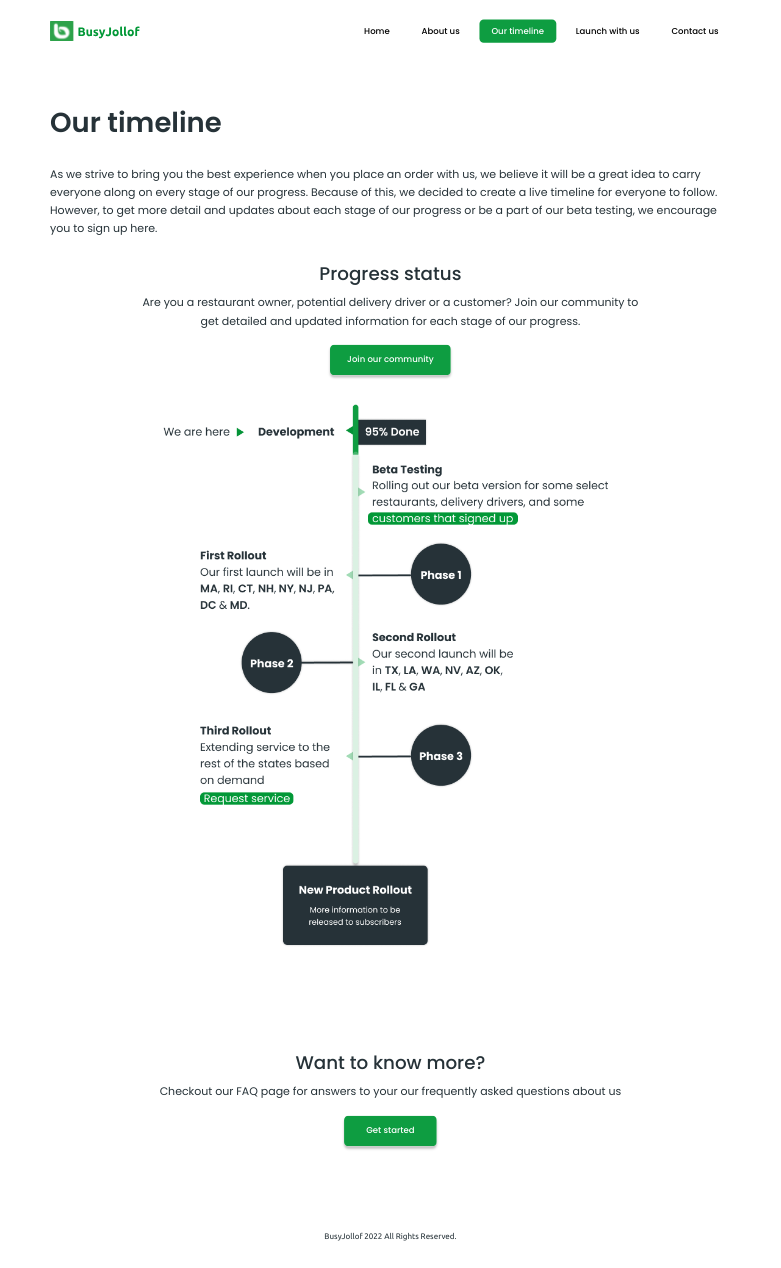
Repository: Busy-Jollof/bjuser-landing-page
Page: timeline.html
An editor plug-in stored every save of this project. The page is shown before and after the next save, followed by the edit.
The browser window is 1280 px wide. The pictures show the whole page, at 61% of full size.

Above is the page before, as saved 2023-01-19 12:26:57.

After the next save:
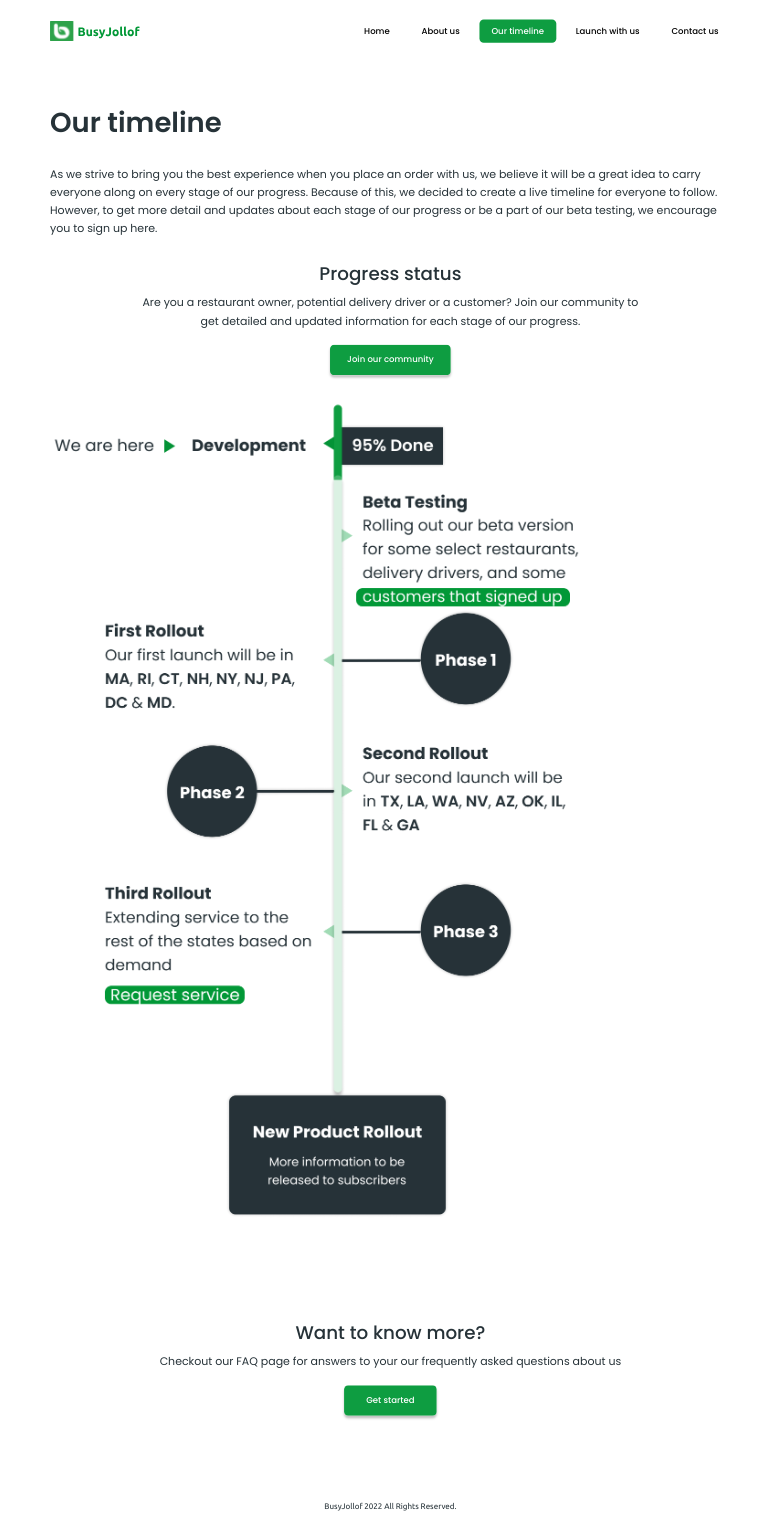
Saved 68 min 33 s later.
--- a/timeline.html
+++ b/timeline.html
@@ -98,7 +98,7 @@
 
                     <div class="timline-wrapper py-lg-5 py-4">
                         <div class="timeline-wrapp d-flex align-items-center justify-content-center">
-                            <img src="assets/img/timeline-desktop.png" class="img-fluid d-none d-md-block" alt="">
+                            <img src="assets/img/timeline-desktop2.png" class="img-fluid d-none d-md-block" alt="">
                             <img src="assets/img/timeline-mobo.png" class="img-fluid d-md-none" alt="">
                         </div>
                         <!-- timeline-item -->
